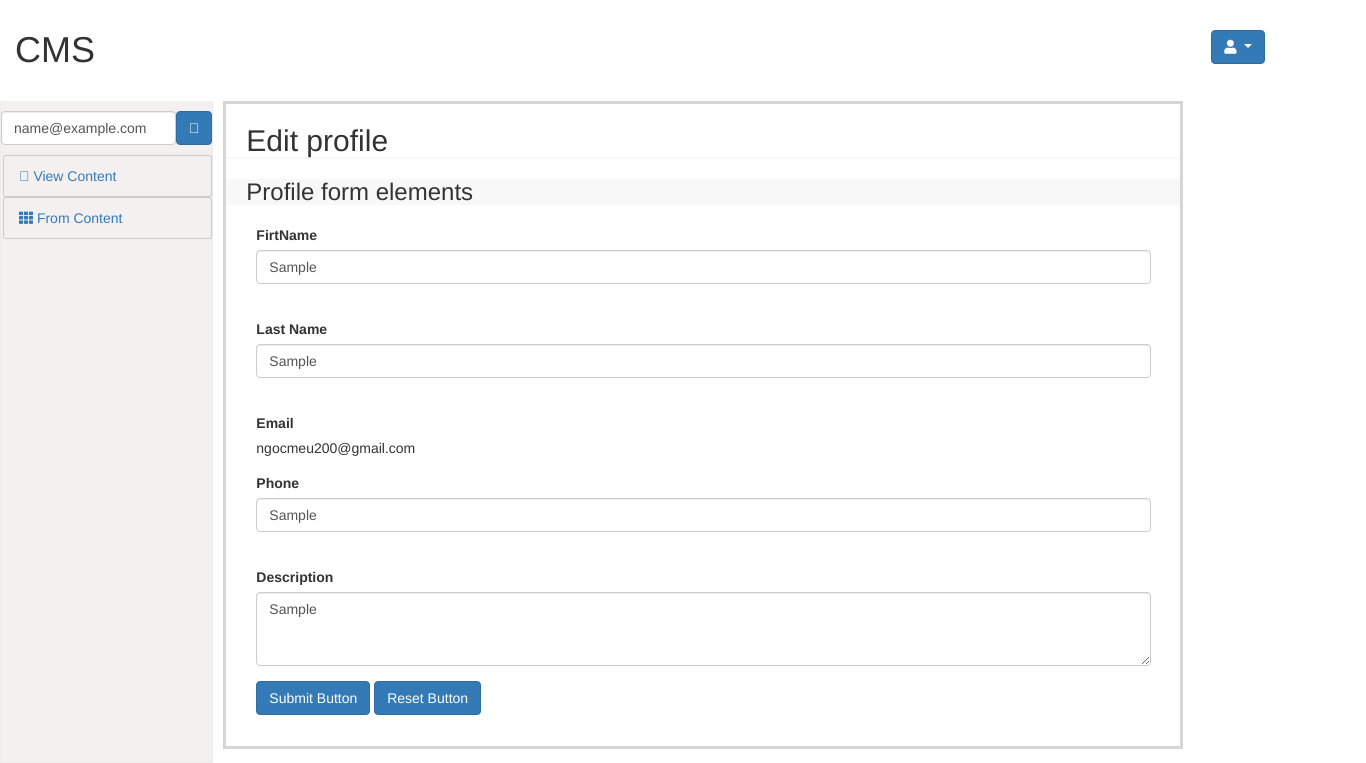
Repository: NgocNB20/travel
Page: NgocNb20_assigment8_9/edit.html
The author's editor kept a copy of each file at every save. The page is drawn from the files as they stood at one save, then again after a run of saves.
The browser window is 1280 px wide. The page is 1366 px wide, so the pictures cover 1366 px, including what lies to the right of the window. The pictures show the whole page.
Empty fields were first filled with sample values (such as "Sample", 5 or name@example.com).
After loading, the first visible `#btn_reset` was clicked once.
Some web libraries are served in a nearby version.

Above is the page before, as saved 2021-10-06 16:09:12.

### NgocNb20_assigment8_9/edit.html
<!DOCTYPE html>
<html>

<head>
  <meta name="viewport" content="width=device-width, initial-scale=1.0">
  <link rel="stylesheet" href="https://maxcdn.bootstrapcdn.com/bootstrap/4.0.0/css/bootstrap.min.css"
    integrity="sha384-Gn5384xqQ1aoWXA+058RXPxPg6fy4IWvTNh0E263XmFcJlSAwiGgFAW/dAiS6JXm" crossorigin="anonymous">
  <link rel="canonical" href="https://getbootstrap.com/docs/5.1/examples/sidebars/">
  <link rel="stylesheet" href="https://maxcdn.bootstrapcdn.com/bootstrap/3.4.1/css/bootstrap.min.css">
  <link rel="stylesheet" href="https://pro.fontawesome.com/releases/v5.10.0/css/all.css"
    integrity="sha384-AYmEC3Yw5cVb3ZcuHtOA93w35dYTsvhLPVnYs9eStHfGJvOvKxVfELGroGkvsg+p" crossorigin="anonymous" />
  <link rel="stylesheet" href="./add.css">
  <link rel="stylesheet" href="./edit.css">
  <script src="https://ajax.googleapis.com/ajax/libs/jquery/3.4.1/jquery.min.js"></script>
  <script src="https://maxcdn.bootstrapcdn.com/bootstrap/3.4.1/js/bootstrap.min.js"></script>
</head>

<body>
  <div class="content">
    <div class="container-fluid">
      <div class="row menu-header">
        <div class="col-6">
          <h1 class="page-header ">CMS</h1>
        </div>
        <div class="col-6">
          <div class="btn-group">
            <button class="btn btn-primary dropdown-toggle" type="button" id="dropdownMenuButton"
              data-toggle="dropdown">
              <i class="fas fa-user"></i>
            </button>
            <div class="dropdown-menu">
              <a class="dropdown-item" href="/login.html"><i class="fas fa-sign-out-alt"></i>Logout</a>
              <a class="dropdown-item" href="./edit.html"><i class="fas fa-user"></i>User profile</a>
            </div>
          </div>
        </div>


      </div>

    </div>
    <div class="container-fluid">

      <div class="row">
        <div class="col-3"></div>
      </div>
      <div class="row">

        <div class="col-2 sidebar-left mb-auto flex-column">
          <div class="search">
            <input type="email" class="form-control search-query" placeholder="Search">
            <button type="submit" class="btn btn-primary btn-search"><i class="fad fa-search"></i></button>

          </div>
          <ul class="nav nav-pills flex-column mb-auto">
            <li class="nav-item">
            </li>
            <li>
              <a href="./view.html" class="nav-link link-dark">
                <i class="fal fa-pen-square"></i> View Content
              </a>
            </li>
            <li>
              <a href="./add.html" class="nav-link link-dark">
                <i class="fas fa-th"></i> From Content
              </a>
            </li>

          </ul>

        </div>
        <div class="col-9 sidebar-right">
          <h2 class="title-add">Edit profile</h2>
          <h3 class="title-form">Profile form elements</h3>
          <div class="container ">
            <div class="row form">
              <div class="col-10">
                <form id="form_input">
                  <div class="form-group ">
                    <label for="exampleFormControlInput1" class="form-desc">FirtName</label>
                    <input type="text" class="form-control" id="exampleFormControlInput1"
                      placeholder="Enter the first name">
                      <span class="form-message"></span>
                  </div>
                  <div class="form-group ">
                    <label for="exampleFormControlInput1" class="form-desc">Last Name</label>
                    <input type="text" class="form-control " id="exampleFormControlInput1"
                      placeholder="Enter the last name">
                      <span class="form-message"></span>
                  </div>
                  <div class="form-group ">
                    <label for="exampleFormControlInput1" class="form-desc">Email</label>
                     <br><span class="form-email" >ngocmeu200@gmail.com</span>
                  </div>
                  <div class="form-group ">
                    <label for="exampleFormControlInput1" class="form-desc">Phone</label>
                    <input type="text" class="form-control " id="exampleFormControlInput1"
                      placeholder="Enter your phone number">
                      <span class="form-message"></span>
                  </div>
                  <div class="form-group">
                    <label for="exampleFormControlTextarea1" class="form-desc">Description</label>
                    <textarea class="form-control" id="exampleFormControlTextarea1" rows="3"></textarea>
                  </div>
                  <div class="form-group">
                    <input class="btn btn-primary " type="submit" value="Submit Button">
                    <input class="btn btn-primary" id="btn_reset" type="button" value="Reset Button">
                  </div>


                </form>
              </div>

            </div>

          </div>
        </div>
      </div>
    </div>
  </div>

  <script type="text/javascript" src="./edit.js"></script>
</body>

</html>

### NgocNb20_assigment8_9/add.css
.content{
    width: 100%;
    height: 100vh;

}
.page-header h1{
    color:#a69c98;
    text-align: left;
}
.header {

    background-color:#f0eaeab4;
     height: 8vh;
     align-items: center;
    border: 1px solid #f0eaeab4;

}
.sidebar-left{
    background-color:#f0eaeab4;
    border: 1px solid #f0eaeab4;
    height:92vh;
    border-top: 0px;

}
.d-flex.flex-column.flex-shrink-0.p-3.bg-light {
    width: 100%;
}
.col-2.sidebar-left {
    padding: 0;
}
.d-flex.flex-column.flex-shrink-0.bg-light {
    height: 100%;
}


.form {

    margin: 0;

    padding: 0;

}
.title-add{
    padding-left: 2rem;
    margin-top: 2rem;
    margin-bottom: 1rem;
    border-bottom: 2px solid #f8f8f8;

}
h3.title-form {
     padding-left: 2rem;
     background-color:#f8f8f8;
    margin-bottom: 0;
}

.col-9.sidebar-right {
    margin-left: 1rem;
    padding: 0;
    border: 3px solid #3333;
    height: 90vh;
}
.btn-search{
 cursor: pointer;
 margin: 0;
}
.search {

    display: flex;
    justify-content: flex-start;
    margin-top: 1rem;

}
.search-query{
    width: 70%;
}
h3.title-form {
    margin-bottom: 2rem;
}

.form-desc{
    font-weight: bold;
}
.page-header {
    padding-bottom: 0;
    margin:0;
    border-bottom:0 solid #eee;
}
.row.menu-header {
    justify-content: space-between;
    margin-top: 3rem;
    margin-bottom: 3rem;
}
.row.menu-header {
    text-align: right;
}
h1.page-header {
    text-align: left;
}

.dropdown-menu {
    position: absolute;
    top: 100%;
    left: -62px;
    z-index: 1000;
    display: none;
    float: left;
    min-width: 120px;
    padding: 5px 0;
    margin: 2px 0 0;
    font-size: 14px;
    text-align: left;
    list-style: none;
    background-color: #fff;
    background-clip: padding-box;
    border: 1px solid #ccc;
    border: 1px solid rgba(0,0,0,.15);
    border-radius: 4px;
    -webkit-box-shadow: 0 6px 12px rgb(0 0 0 / 18%);
    box-shadow: 0 6px 12px rgb(0 0 0 / 18%);
}
a.nav-link.link-dark {
    border: 1px solid #3333;
}
ul.nav.nav-pills.flex-column.mb-auto {
    margin-top: 1rem;
}
input.form-control.search-query {
    flex: 1 0 60%;
}
span.form-message {
    font-size: 1rem;
    display: inline-block;
    padding-top: 1rem;
}
.invalid {
    border-color: #f33a58;
  }
  .form-message{
      color:#f33a58;
  }

### NgocNb20_assigment8_9/edit.css
.form-email{
    border: 0px;
}
span.form-message {
    font-size: 1rem;
    display: inline-block;
    padding-top: 1rem;
}
.invalid {
    border-color: #f33a58;
  }
  .form-message{
      color:#f33a58;
  }

### NgocNb20_assigment8_9/edit.js
var formElement = document.querySelector("#form_input");
var inputElement=formElement.querySelectorAll("input.form-control");
var resetButton=document.querySelector("#btn_reset");


//validate input
formElement.onsubmit = (event) => {
  event.preventDefault();
   inputElement.forEach((input)=>{
    var errorMessage = input.parentElement.querySelector('.form-message');
    errorMessage.innerText = " ";
    input.classList.remove('invalid');
    if (isRequired(input.value)) {
        errorMessage.innerText = isRequired(input.value);
    input.classList.add('invalid');
    }
    if (minLength(input.value)) {
        errorMessage.innerText = minLength(input.value);
        input.classList.add('invalid');
    }
   })
}
//reset
resetButton.onclick = (event) => {
    console.log(formElement.querySelectorAll('.form-control'));
}


function minLength(value) {
    return (value.length <= 50) ? undefined : `max length 50 charator`;
}

function isRequired(value) {
    return value.trim() ? undefined : 'Value input not empty';
}

After the next 2 saves:
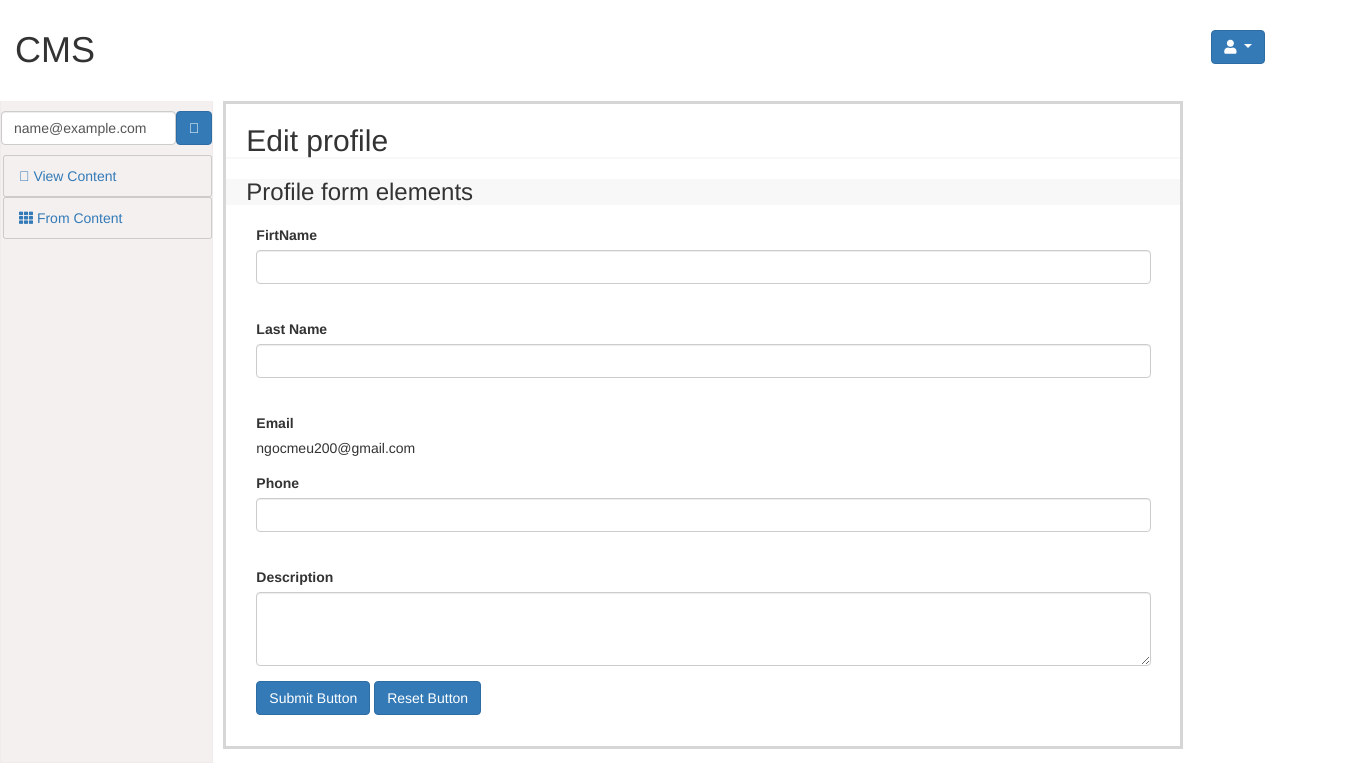
The 2 saves are shown as one change because they came seconds apart.
The last was saved 81 s later.
--- a/NgocNb20_assigment8_9/edit.js
+++ b/NgocNb20_assigment8_9/edit.js
@@ -22,7 +22,10 @@ formElement.onsubmit = (event) => {
 }
 //reset
 resetButton.onclick = (event) => {
-    console.log(formElement.querySelectorAll('.form-control'));
+    var listEment=formElement.querySelectorAll('.form-control');
+    listEment.forEach((element)=>{
+        element.value = ' ';
+    })
 }
 
 
